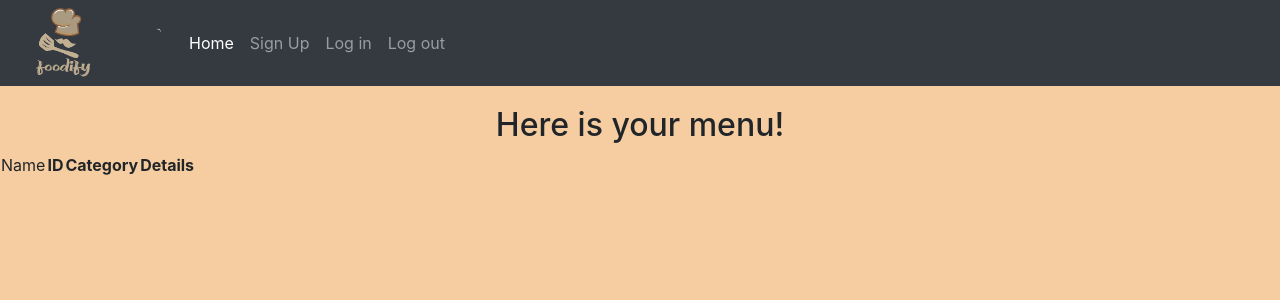
Repository: RanaHisham18/Foodify-Web-App
Page: Project IA raghda/usermenu.html
These files come from the project's save history. The page is drawn as it stood at one moment and after the next save; the edit follows.
The browser window is 1280 px wide. The pictures show the whole page.

Above is the page before, as saved 2022-01-06 18:24:28.

### Project IA raghda/usermenu.html
<!DOCTYPE html>
<html lang="en">
<head>
    <meta charset="UTF-8">
    <meta http-equiv="X-UA-Compatible" content="IE=edge">
    <meta name="viewport" content="width=device-width, initial-scale=1.0">
    <link rel="stylesheet" href="https://maxcdn.bootstrapcdn.com/bootstrap/4.0.0/css/bootstrap.min.css"
     integrity="sha384-Gn5384xqQ1aoWXA+058RXPxPg6fy4IWvTNh0E263XmFcJlSAwiGgFAW/dAiS6JXm" crossorigin="anonymous">
     <link rel ="stylesheet" href="usermenu.css">
    <title>Document</title>
</head>
<body>
    <!--Navigation Bar-->
 <nav class="navbar navbar-expand-lg navbar-dark bg-dark sticky-top">
    <img class="image" src="images/foodify.png" alt="Foodify logo">

       <button class="navbar-toggler" type="button" data-bs-toggle="collapse" data-bs-target="#navbarScroll" aria-controls="navbarScroll" aria-expanded="false" aria-label="Toggle navigation">
         <span class="navbar-toggler-icon"></span>
       </button>
     <div class="container-fluid">
         <div class="collapse navbar-collapse" id="navbarScroll">
           <ul class="navbar-nav me-auto my-2 my-lg-0 navbar-nav-scroll" style="--bs-scroll-height: 100px;">
             <li class="nav-item">
               <a class="nav-link active" aria-current="page" href="home.php">Home</a>
             </li>
             <li class="nav-item">
               <a class="nav-link" href="register.php">Sign Up</a>
             </li>
             <li class="nav-item">
               <a class="nav-link" href="login.php">Log in</a>
             </li>
             <li class="nav-item">
               <a class="nav-link" href="login.php">Log out</a>

             </li>
           </ul>

         </div>
       </div>
   </nav>

   <h2>Here is your menu!</h2>

   <table>
<tr>
    <td>Name</td>
    <th>ID</th>
    <th>Category</th>
    <th>Details</th>
</tr>

   </table>
</body>
</html>

### Project IA raghda/usermenu.css
.image{
    cursor: pointer;
    height:70px;
     width:130px;
    margin-left: 20px;
  }
  .scroll{
      margin-top:200px;
      margin-left:50px;
  }
body
{
    background-color: #f5cda0;
}
h2{
    text-align: center;
    margin-top:  20px;
}
.table{

}

After the next save:
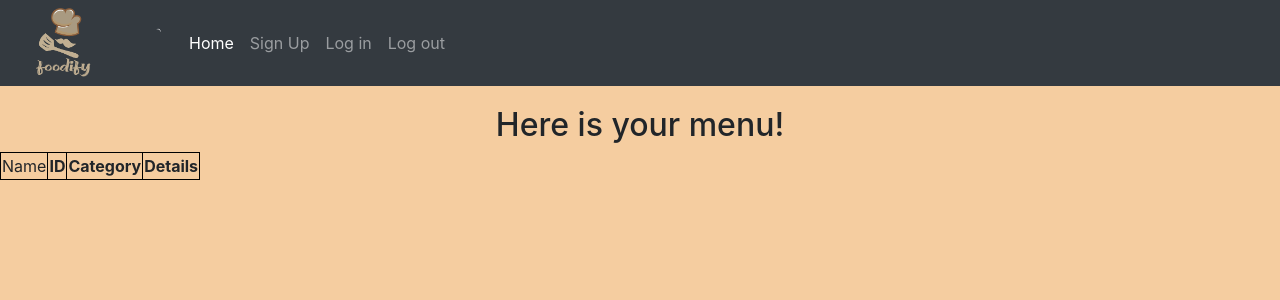
Saved 13 s later.
--- a/Project IA raghda/usermenu.css
+++ b/Project IA raghda/usermenu.css
@@ -16,6 +16,6 @@ h2{
     text-align: center;
     margin-top:  20px;
 }
-.table{
-
-}
+table, th, td {
+    border:1px solid black;
+  }
